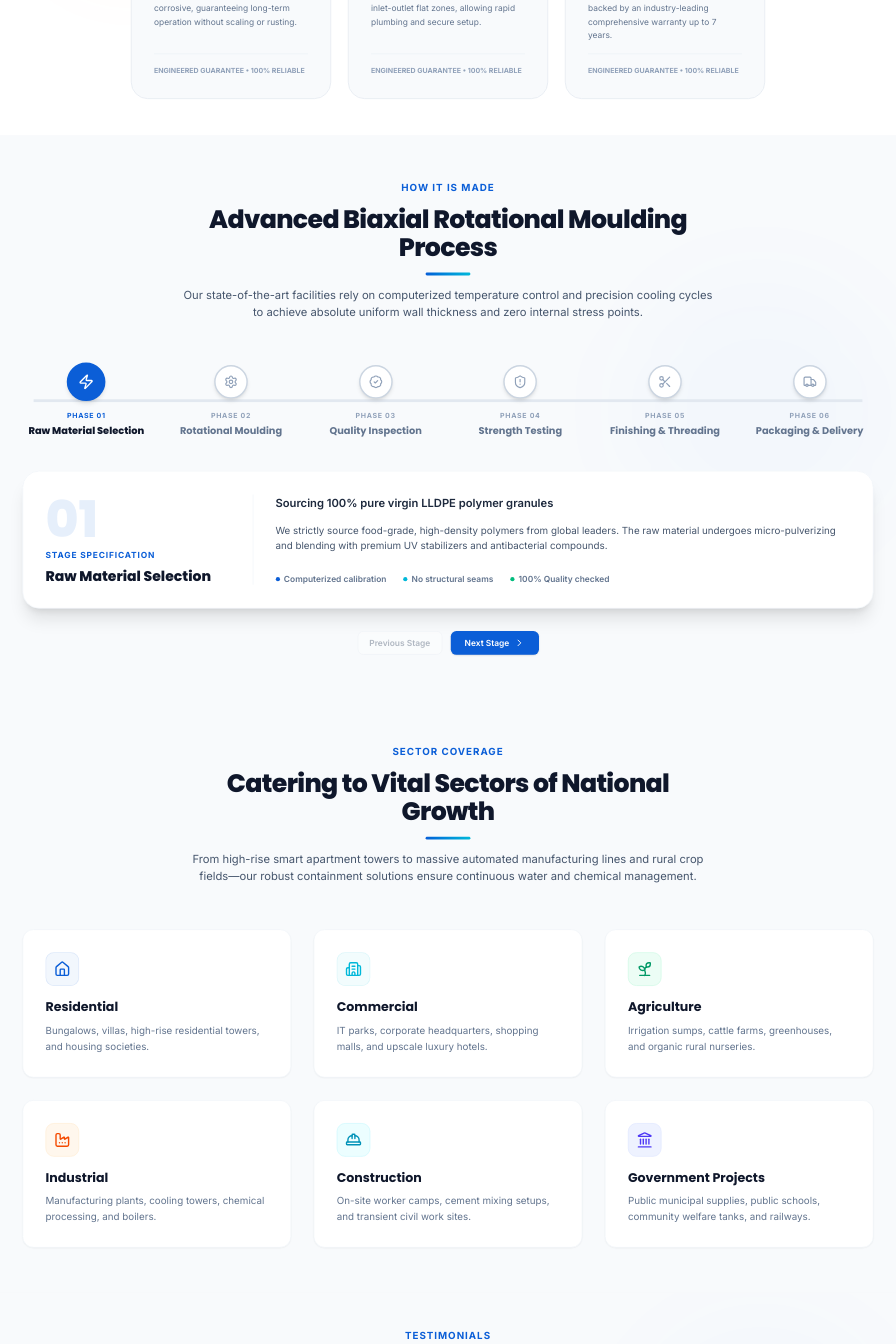
Repository: NikunjRajpara/TejasPlasto
Page: /
An editor plug-in stored every save of this project. The page is shown before and after the next save, followed by the edit.
The browser window is 1280 px wide. The pictures show the part of the page from y = 4078 to 5998 px (the page is 10151 px tall before and 10127 px after), at 70% of full size.
The project was rebuilt for these pictures with package versions that can differ from the ones it lists, and the page was loaded fresh each time. Also part of the build but not shown: vite.config.js, src/components/Certifications.jsx, src/components/QuoteModal.jsx.

Above is the page before, as saved 2026-07-08 17:06:15.

### index.html
<!doctype html>
<html lang="en">
  <head>
    <meta charset="UTF-8" />
    <meta name="viewport" content="width=device-width, initial-scale=1.0" />
    <title>Tejas Plasto - Strong, Safe, and Reliable Water Storage Tanks</title>
  </head>
  <body>
    <div id="root"></div>
    <script type="module" src="/src/main.jsx"></script>
  </body>
</html>

### src/main.jsx
import {StrictMode} from 'react';
import {createRoot} from 'react-dom/client';
import App from './App.jsx';
import './index.css';

const root = document.getElementById('root');

createRoot(root).render(
  <App />
);

### src/App.jsx
/**
 * @license
 * SPDX-License-Identifier-2.0
 */

import React, { useState } from 'react';
import Navbar from './components/Navbar';
import Hero from './components/Hero';
import CompanyOverview from './components/CompanyOverview';
import ProductCategories from './components/ProductCategories';
import WhyChooseUs from './components/WhyChooseUs';
import ManufacturingProcess from './components/ManufacturingProcess';
import IndustriesServed from './components/IndustriesServed';
import Certifications from './components/Certifications';
import Testimonials from './components/Testimonials';
import Gallery from './components/Gallery';
import FAQ from './components/FAQ';
import Contact from './components/Contact';
import Footer from './components/Footer';
import QuoteModal from './components/QuoteModal';

export default function App() {
	const [isQuoteOpen, setIsQuoteOpen] = useState(false);
	const [preSelectedCategory, setPreSelectedCategory] = useState(undefined);

	const handleOpenQuote = (category) => {
		setPreSelectedCategory(category);
		setIsQuoteOpen(true);
	};

	const handleCloseQuote = () => {
		setIsQuoteOpen(false);
		setPreSelectedCategory(undefined);
	};

	return (
		<div className="min-h-screen bg-slate-50 text-slate-800 antialiased selection:bg-primary/20 selection:text-primary">
			{/* Sticky Premium Header */}
			<Navbar onOpenQuote={() => handleOpenQuote()} />

			{/* Main Page Layout */}
			<main>
				{/* Hero Section */}
				<Hero onOpenQuote={() => handleOpenQuote()} />

				{/* Company Overview (About) */}
				<CompanyOverview />

				{/* Product Categories */}
				<ProductCategories onSelectProductForQuote={(cat) => handleOpenQuote(cat)} />

				{/* Why Choose Tejas Plasto */}
				<WhyChooseUs />

				{/* Manufacturing Process */}
				<ManufacturingProcess />

				{/* Industries Served */}
				<IndustriesServed />

				{/* Customer Testimonials Carousel */}
				<Testimonials />

				{/* Infrastructure & Project Gallery with Lightbox */}
				<Gallery />

				{/* Accordion FAQ Section */}
				<FAQ />

				{/* Contact Form & VATVA Map */}
				<Contact />
			</main>

			{/* Multi-column Polished Footer */}
			<Footer />

			{/* Interactive Sizing & Quote Request Calculator Modal */}
			<QuoteModal
				isOpen={isQuoteOpen}
				onClose={handleCloseQuote}
				initialCategory={preSelectedCategory}
			/>
		</div>
	);
}

### src/index.css
@import url('https://fonts.googleapis.com/css2?family=Poppins:wght@300;400;500;600;700;800&family=Inter:wght@300;400;500;600;700&display=swap');
@import "tailwindcss";

@theme {
  --font-sans: "Inter", ui-sans-serif, system-ui, sans-serif;
  --font-display: "Poppins", sans-serif;

  --color-primary: #0B5ED7;
  --color-secondary: #00B8D9;
  --color-accent: #F57C00;
  --color-dark-footer: #0E1726;
}

html {
  scroll-behavior: smooth;
  font-family: var(--font-sans);
}

.font-display {
  font-family: var(--font-display);
}

### src/components/WhyChooseUs.jsx
import React from 'react';
import { motion } from 'motion/react';
import { ShieldCheck, Sun, Droplets, Sparkles, Activity, ShieldAlert, Wrench, Award, ArrowRight } from 'lucide-react';
import { FEATURES } from '../data';

export default function WhyChooseUs() {
	const getIcon = (iconName) => {
		switch (iconName) {
			case 'ShieldCheck':
				return <ShieldCheck className="w-6 h-6 text-emerald-600" />;
			case 'Sun':
				return <Sun className="w-6 h-6 text-orange-600" />;
			case 'Droplets':
				return <Droplets className="w-6 h-6 text-blue-600" />;
			case 'Sparkles':
				return <Sparkles className="w-6 h-6 text-teal-600" />;
			case 'Activity':
				return <Activity className="w-6 h-6 text-primary" />;
			case 'ShieldAlert':
				return <ShieldAlert className="w-6 h-6 text-rose-600" />;
			case 'Wrench':
				return <Wrench className="w-6 h-6 text-indigo-600" />;
			case 'Award':
				return <Award className="w-6 h-6 text-amber-600" />;
			default:
				return <ShieldCheck className="w-6 h-6 text-primary" />;
		}
	};

	const getBgColor = (iconName) => {
		switch (iconName) {
			case 'ShieldCheck': return 'bg-emerald-50 text-emerald-700';
			case 'Sun': return 'bg-orange-50 text-orange-700';
			case 'Droplets': return 'bg-blue-50 text-blue-700';
			case 'Sparkles': return 'bg-teal-50 text-teal-700';
			case 'Activity': return 'bg-blue-50 text-blue-700';
			case 'ShieldAlert': return 'bg-rose-50 text-rose-700';
			case 'Wrench': return 'bg-indigo-50 text-indigo-700';
			case 'Award': return 'bg-amber-50 text-amber-700';
			default: return 'bg-blue-50 text-blue-700';
		}
	};

	return (
		<section id="why-us" className="py-13 bg-white relative overflow-hidden">
			{/* Visual background accents */}
			<div className="absolute top-1/2 left-10 w-72 h-72 bg-orange-500/3 rounded-full blur-2xl pointer-events-none" />

			<div className="max-w-7xl mx-auto px-4 sm:px-6 lg:px-8 relative z-10">

				{/* Section Header */}
				<div className="text-center max-w-3xl mx-auto mb-16 space-y-4">
					<span className="text-sm font-bold text-primary uppercase tracking-widest block">THE TEJAS PLASTO EDGE</span>
					<h2 className="text-3xl sm:text-4xl font-display font-extrabold text-slate-900 tracking-tight">
						Excellence Engineering. Ultimate Liquid Safety.
					</h2>
					<div className="w-16 h-1 bg-gradient-to-r from-primary to-secondary mx-auto rounded" />
					<p className="text-slate-600">
						We build tanks with precise multi-layer engineering to isolate your stored water from intense heat, external impacts, algae formation and structural cracking.
					</p>
				</div>
				{/* Feature Cards Grid */}
				<div
					className="flex flex-wrap justify-center gap-6"
					id="features-cards-grid"
				>
					{FEATURES.map((feat, index) => (
						<motion.div
							key={feat.id}
							whileHover={{ y: -6 }}
							transition={{ duration: 0.2 }}
							className="w-full sm:w-[calc(50%-12px)] lg:w-[calc(25%-18px)] p-8 bg-slate-50 border border-slate-200 rounded-3xl flex flex-col justify-between hover:bg-white hover:shadow-xl hover:border-slate-300 transition-all group"
						>
							<div className="space-y-6">
								{/* Icon wrapper */}
								<div
									className={`w-12 h-12 rounded-2xl flex items-center justify-center ${getBgColor(
										feat.iconName
									)} group-hover:scale-110 transition-transform`}
								>
									{getIcon(feat.iconName)}
								</div>

								<div className="space-y-1.5">
									<h3 className="font-display font-bold text-slate-900 text-base">
										{feat.title}
									</h3>
									<p className="text-xs text-slate-500 leading-relaxed">
										{feat.description}
									</p>
								</div>
							</div>

							{/* Bottom Text */}
							<div className="pt-4 mt-4 border-t border-slate-200/50 flex items-center text-[10px] font-bold text-slate-400 group-hover:text-primary transition-colors">
								ENGINEERED GUARANTEE • 100% RELIABLE
							</div>
						</motion.div>
					))}
				</div>

			</div>
		</section>
	);
}

### src/components/ManufacturingProcess.jsx
import React, { useState } from 'react';
import { motion, AnimatePresence } from 'motion/react';
import { Settings, ShieldAlert, BadgeCheck, Zap, Scissors, Truck, ChevronRight } from 'lucide-react';
import { TIMELINE_STEPS } from '../data';

export default function ManufacturingProcess() {
  const [activeStep, setActiveStep] = useState(1);

  const getStepIcon = (num) => {
    switch (num) {
      case 1: return <Zap className="w-5 h-5" />;
      case 2: return <Settings className="w-5 h-5" />;
      case 3: return <BadgeCheck className="w-5 h-5" />;
      case 4: return <ShieldAlert className="w-5 h-5" />;
      case 5: return <Scissors className="w-5 h-5" />;
      case 6: return <Truck className="w-5 h-5" />;
      default: return <Settings className="w-5 h-5" />;
    }
  };

  return (
    <section id="process" className="py-16 bg-slate-50 relative overflow-hidden">
      {/* Background graphic elements */}
      <div className="absolute right-0 top-1/4 w-96 h-96 bg-primary/2 rounded-full blur-3xl pointer-events-none" />

      <div className="max-w-7xl mx-auto px-4 sm:px-6 lg:px-8 relative z-10">

        {/* Section Header */}
        <div className="text-center max-w-3xl mx-auto mb-16 space-y-4">
          <span className="text-sm font-bold text-primary uppercase tracking-widest block">HOW IT IS MADE</span>
          <h2 className="text-3xl sm:text-4xl font-display font-extrabold text-slate-900 tracking-tight">
            Advanced Biaxial Rotational Moulding Process
          </h2>
          <div className="w-16 h-1 bg-gradient-to-r from-primary to-secondary mx-auto rounded" />
          <p className="text-slate-600">
            Our state-of-the-art facilities rely on computerized temperature control and precision cooling cycles to achieve absolute uniform wall thickness and zero internal stress points.
          </p>
        </div>

        {/* Horizontal Timeline Block */}
        <div className="relative mb-12">
          {/* Main Connecting Track Line */}
          <div className="absolute top-1/2 left-4 right-4 h-1 bg-slate-200 -translate-y-1/2 hidden md:block" />

          {/* Active Connecting Track Fill Line */}
          <motion.div
            initial={{ width: '0%' }}
            animate={{ width: `${((activeStep - 1) / 5) * 100}%` }}
            transition={{ duration: 0.5, ease: 'easeInOut' }}
            className="absolute top-1/2 left-4 h-1 bg-primary -translate-y-1/2 hidden md:block"
          />

          {/* Timeline Nodes */}
          <div className="grid grid-cols-2 md:grid-cols-6 gap-6 relative z-10" id="timeline-nodes">
            {TIMELINE_STEPS.map((step) => {
              const isPassed = step.stepNumber <= activeStep;
              const isActive = step.stepNumber === activeStep;

              return (
                <button
                  key={step.stepNumber}
                  onClick={() => setActiveStep(step.stepNumber)}
                  className="flex flex-col items-center text-center focus:outline-none group relative cursor-pointer"
                  id={`timeline-step-${step.stepNumber}`}
                >
                  {/* Step Bubble Indicator */}
                  <motion.div
                    animate={{
                      scale: isActive ? 1.15 : 1,
                      backgroundColor: isActive
                        ? '#0B5ED7'
                        : isPassed
                        ? '#00B8D9'
                        : '#FFFFFF',
                      borderColor: isPassed ? '#0B5ED7' : '#CBD5E1',
                    }}
                    className={`w-12 h-12 rounded-full border-2 flex items-center justify-center transition-all shadow-md ${
                      isActive ? 'text-white' : isPassed ? 'text-white' : 'text-slate-400'
                    }`}
                  >
                    {getStepIcon(step.stepNumber)}
                  </motion.div>

                  {/* Step Label */}
                  <div className="mt-4 space-y-1">
                    <span className={`text-[10px] font-bold tracking-widest uppercase block ${isActive ? 'text-primary' : 'text-slate-400'}`}>
                      Phase 0{step.stepNumber}
                    </span>
                    <h4 className={`font-display font-bold text-xs sm:text-sm ${isActive ? 'text-slate-900 font-extrabold' : 'text-slate-500 group-hover:text-slate-700'}`}>
                      {step.title}
                    </h4>
                  </div>
                </button>
              );
            })}
          </div>
        </div>

        {/* Dynamic Expanded Details Card */}
        <AnimatePresence mode="wait">
          {TIMELINE_STEPS.map((step) => {
            if (step.stepNumber !== activeStep) return null;

            return (
              <motion.div
                key={step.stepNumber}
                initial={{ opacity: 0, y: 15 }}
                animate={{ opacity: 1, y: 0 }}
                exit={{ opacity: 0, y: -15 }}
                transition={{ duration: 0.3 }}
                className="bg-white rounded-3xl p-6 sm:p-8 border border-slate-100 shadow-xl grid grid-cols-1 md:grid-cols-12 gap-8 items-center"
                id="timeline-expanded-details"
              >
                {/* Visual Step number */}
                <div className="md:col-span-3 text-center md:text-left space-y-2">
                  <div className="text-7xl font-display font-extrabold text-primary/10">
                    0{step.stepNumber}
                  </div>
                  <span className="text-xs font-bold text-primary tracking-widest uppercase block">
                    STAGE SPECIFICATION
                  </span>
                  <h3 className="font-display font-extrabold text-xl text-slate-900 leading-snug">
                    {step.title}
                  </h3>
                </div>

                {/* Subtitle/Overview */}
                <div className="md:col-span-9 space-y-4 border-t md:border-t-0 md:border-l border-slate-100 pt-6 md:pt-0 md:pl-8">
                  <p className="font-semibold text-slate-800 text-sm sm:text-base">
                    {step.description}
                  </p>
                  <p className="text-xs sm:text-sm text-slate-600 leading-relaxed">
                    {step.details}
                  </p>

                  <div className="flex flex-wrap items-center gap-x-6 gap-y-2 pt-3 text-xs font-semibold text-slate-500">
                    <span className="flex items-center gap-1.5">
                      <span className="w-1.5 h-1.5 bg-primary rounded-full" /> Computerized calibration
                    </span>
                    <span className="flex items-center gap-1.5">
                      <span className="w-1.5 h-1.5 bg-secondary rounded-full" /> No structural seams
                    </span>
                    <span className="flex items-center gap-1.5">
                      <span className="w-1.5 h-1.5 bg-emerald-500 rounded-full" /> 100% Quality checked
                    </span>
                  </div>
                </div>
              </motion.div>
            );
          })}
        </AnimatePresence>

        {/* Navigation buttons inside timeline to walk user through */}
        <div className="mt-8 flex justify-center gap-3">
          <button
            disabled={activeStep === 1}
            onClick={() => setActiveStep(prev => prev - 1)}
            className="px-4 py-2 bg-white text-slate-600 border border-slate-200 text-xs font-semibold rounded-lg hover:bg-slate-50 disabled:opacity-40"
            id="prev-timeline-btn"
          >
            Previous Stage
          </button>
          <button
            disabled={activeStep === 6}
            onClick={() => setActiveStep(prev => prev + 1)}
            className="px-5 py-2 bg-primary text-white text-xs font-semibold rounded-lg hover:bg-primary/95 flex items-center gap-1.5 shadow-sm disabled:opacity-40"
            id="next-timeline-btn"
          >
            Next Stage <ChevronRight className="w-4 h-4" />
          </button>
        </div>

      </div>
    </section>
  );
}

### src/components/IndustriesServed.jsx
import React from 'react';
import { motion } from 'motion/react';
import { Home, Building2, Sprout, Factory, HardHat, Landmark } from 'lucide-react';
import { INDUSTRIES } from '../data';

export default function IndustriesServed() {
  const getIcon = (iconName) => {
    switch (iconName) {
      case 'Home': return <Home className="w-6 h-6 text-primary" />;
      case 'Building2': return <Building2 className="w-6 h-6 text-secondary" />;
      case 'Sprout': return <Sprout className="w-6 h-6 text-emerald-600" />;
      case 'Factory': return <Factory className="w-6 h-6 text-orange-600" />;
      case 'HardHat': return <HardHat className="w-6 h-6 text-cyan-600" />;
      case 'Milestone': return <Landmark className="w-6 h-6 text-indigo-600" />;
      default: return <Home className="w-6 h-6 text-primary" />;
    }
  };

  const getAccentBg = (iconName) => {
    switch (iconName) {
      case 'Home': return 'bg-primary/5 text-primary border-primary/10';
      case 'Building2': return 'bg-secondary/5 text-secondary border-secondary/10';
      case 'Sprout': return 'bg-emerald-50 text-emerald-600 border-emerald-100';
      case 'Factory': return 'bg-orange-50 text-orange-600 border-orange-100';
      case 'HardHat': return 'bg-cyan-50 text-cyan-600 border-cyan-100';
      case 'Milestone': return 'bg-indigo-50 text-indigo-600 border-indigo-100';
      default: return 'bg-blue-50 text-blue-600 border-blue-100';
    }
  };

  return (
    <section id="industries" className="py-16 bg-slate-50 relative overflow-hidden">
      <div className="max-w-7xl mx-auto px-4 sm:px-6 lg:px-8 relative z-10">

        {/* Section Header */}
        <div className="text-center max-w-3xl mx-auto mb-16 space-y-4">
          <span className="text-sm font-bold text-primary uppercase tracking-widest block">SECTOR COVERAGE</span>
          <h2 className="text-3xl sm:text-4xl font-display font-extrabold text-slate-900 tracking-tight">
            Catering to Vital Sectors of National Growth
          </h2>
          <div className="w-16 h-1 bg-gradient-to-r from-primary to-secondary mx-auto rounded" />
          <p className="text-slate-600">
            From high-rise smart apartment towers to massive automated manufacturing lines and rural crop fields—our robust containment solutions ensure continuous water and chemical management.
          </p>
        </div>

        {/* Sector Grid */}
        <div className="grid grid-cols-1 sm:grid-cols-2 lg:grid-cols-3 gap-8" id="industries-grid">
          {INDUSTRIES.map((ind, index) => (
            <motion.div
              key={ind.name}
              initial={{ opacity: 0, y: 15 }}
              whileInView={{ opacity: 1, y: 0 }}
              viewport={{ once: true, margin: '-40px' }}
              transition={{ delay: index * 0.05, duration: 0.4 }}
              className="bg-white border border-slate-100 p-8 rounded-2xl shadow-xs hover:shadow-xl hover:border-slate-100 transition-all group relative flex flex-col justify-between"
            >
              <div className="space-y-4">
                {/* Icon Circle */}
                <div className={`w-12 h-12 rounded-xl flex items-center justify-center border ${getAccentBg(ind.icon)} group-hover:scale-110 transition-transform`}>
                  {getIcon(ind.icon)}
                </div>

                <div className="space-y-2">
                  <h3 className="font-display font-bold text-slate-900 text-lg">
                    {ind.name}
                  </h3>
                  <p className="text-xs sm:text-sm text-slate-500 leading-relaxed">
                    {ind.description}
                  </p>
                </div>
              </div>

              {/* Bottom decorative anchor tag */}

            </motion.div>
          ))}
        </div>

      </div>
    </section>
  );
}

Loaded but not shown: src/data.js (242 lines, source omitted); src/components/ProductCategories.jsx (309 lines, source omitted); src/components/Contact.jsx (354 lines, source omitted); src/components/CompanyOverview.jsx (152 lines, source omitted); src/components/Gallery.jsx (190 lines, source omitted); src/components/Hero.jsx (153 lines, source omitted); src/components/Footer.jsx (133 lines, source omitted); src/components/Testimonials.jsx (119 lines, source omitted); src/components/Navbar.jsx (151 lines, source omitted); src/components/FAQ.jsx (100 lines, source omitted)

After the next save:
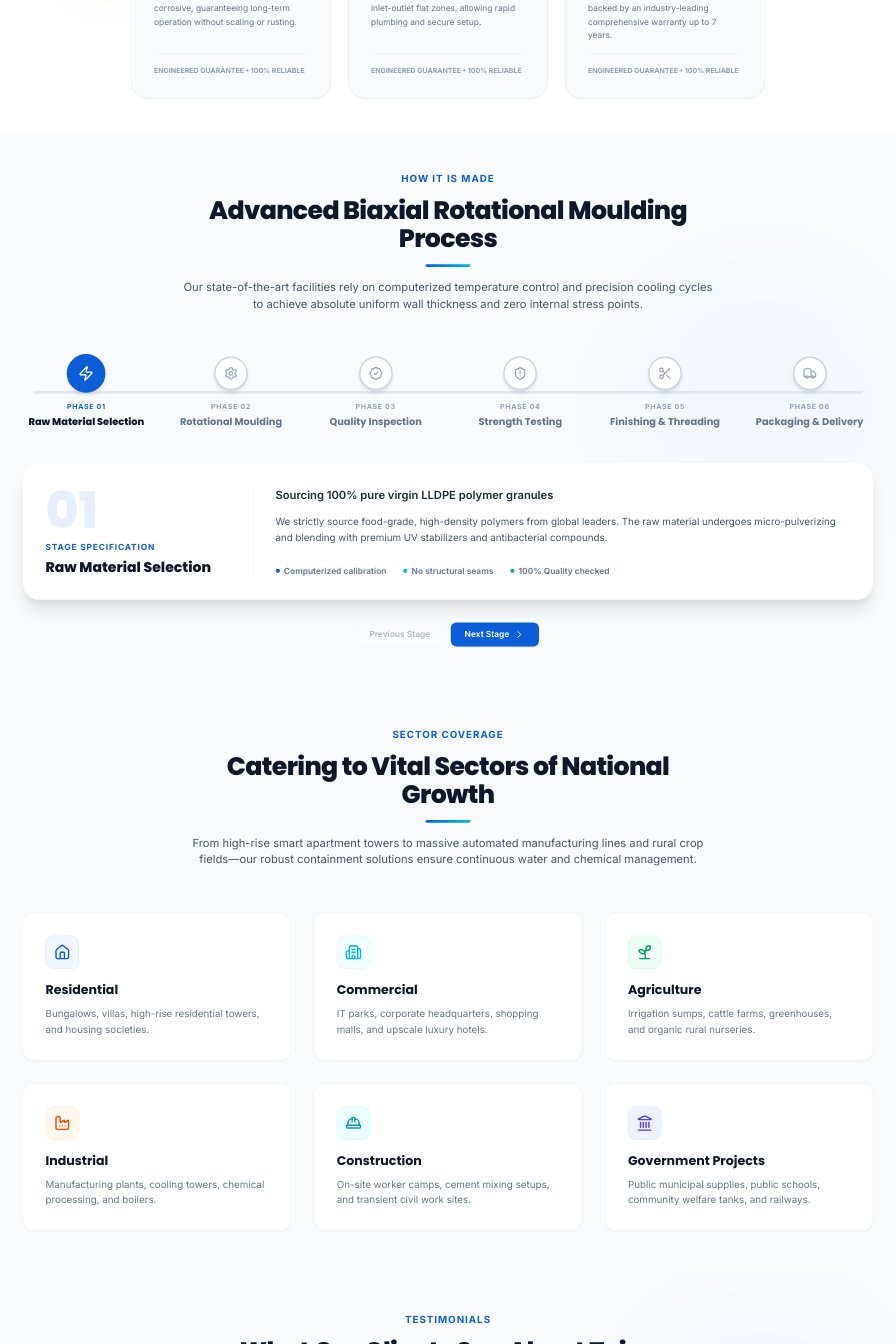
Saved 4 s later.
--- a/src/components/ManufacturingProcess.jsx
+++ b/src/components/ManufacturingProcess.jsx
@@ -19,7 +19,7 @@
   };
 
   return (
-    <section id="process" className="py-16 bg-slate-50 relative overflow-hidden">
+    <section id="process" className="py-13 bg-slate-50 relative overflow-hidden">
       {/* Background graphic elements */}
       <div className="absolute right-0 top-1/4 w-96 h-96 bg-primary/2 rounded-full blur-3xl pointer-events-none" />
 
